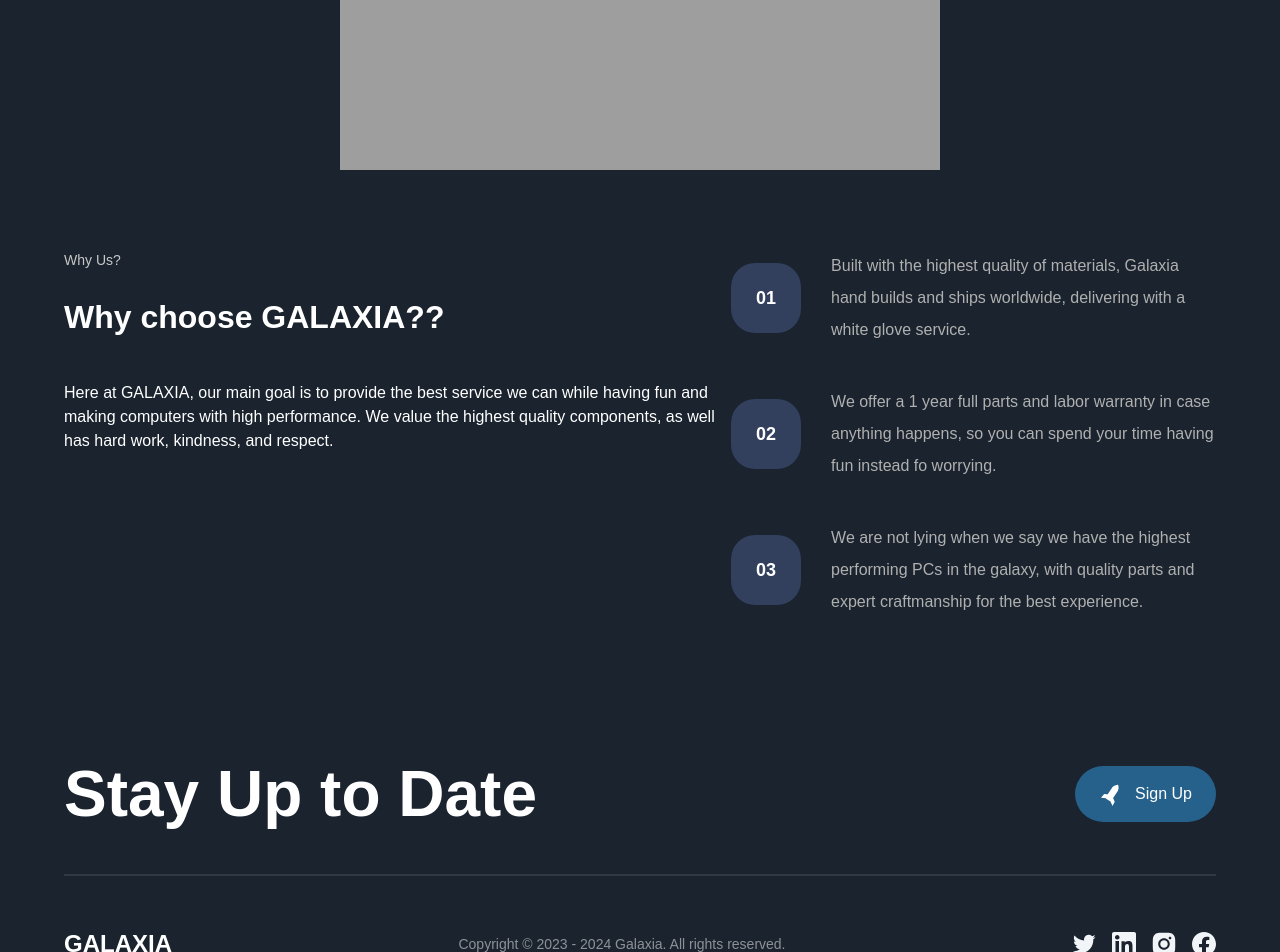
Repository: kaitlynlie/galaxia_pcs
Page: /
An editor plug-in stored every save of this project. The page is shown before and after the next save, followed by the edit.
The browser window is 1280 px wide. The pictures show the part of the page from y = 2584 to 3536 px (the page is 3610 px tall before and 3532 px after).
Pictures or frames that could not be fetched are drawn as grey boxes. Some web fonts or font styles are not loaded; a fallback is used. The project was rebuilt for these pictures with package versions that can differ from the ones it lists, and the page was loaded fresh each time. Also part of the build but not shown: vite.config.js, components/PCcard.jsx, sections/Neptune.jsx, sections/Jupiter.jsx, sections/People.jsx, src/assets/index.js, sections/Video.jsx, sections/Program.jsx and 4 more. Imported but missing from the stored project, and not drawn on this page: src/assets/video.mp4.

Above is the page before, as saved 2023-08-09 20:06:32.

### index.html
<!DOCTYPE html>
<html lang="en">
  <head>
    <style>
      /* WebKit-based browsers (Chrome, Safari) */
      ::-webkit-scrollbar {
        width: 12px;
      }

      ::-webkit-scrollbar-track {
        background-color: #606060; /* Adjust the background color */
      }

      ::-webkit-scrollbar-thumb {
        background-color: #25618b; /* Adjust the thumb color */
        border-radius: 6px;
      }
    </style>
    <meta charset="UTF-8" />
    <link rel="icon" type="image/svg+xml" href="/logo.svg" />
    <link rel="preconnect" href="https://stijndv.com" />
    <link rel="stylesheet" href="https://stijndv.com/fonts/Eudoxus-Sans.css" />
    <meta name="viewport" content="width=device-width, initial-scale=1.0" />
    <title>GALAXIA</title>
  </head>
  <body>
    <div id="root"></div>
    <script type="module" src="/src/main.jsx"></script>
  </body>
</html>

### src/main.jsx
import React from 'react'
import App from './App.jsx'
import ReactDOM from 'react-dom';
import { BrowserRouter } from 'react-router-dom';


ReactDOM.render(
  <BrowserRouter>
    <App />
  </BrowserRouter>,
  document.getElementById('root'),
);

### src/App.jsx
import Navbar from '../components/Navbar'
import Home from '../pages/Home'
import Community from '../pages/Community'
import Creator from '../pages/Creator'
import PCs from '../pages/PCs'
import { Route, Routes } from 'react-router-dom'
import React from 'react'
import '../styles/globals.css'

function App() {

  return (
    <>
    <div className='bg-primary-black overflow-hidden'>
      <img
            src='./stars.png'
            alt='stars'
            className="z-0 absolute w-screen h-screen object-cover object-center opacity-50"
      />
      <Navbar />
      <Routes>
        <Route index path="/" element={<Home />} />
        <Route path="pc" element={<PCs />} />
        <Route path="community" element={<Community />} />
        <Route path="creator" element={<Creator />} />
      </Routes>
     </div>
    </>
  )
}

export default App

### components/Navbar.jsx
import { motion } from "framer-motion";
import styles from '../styles'
import { navVariants, textVariant } from '../utils/motion'
import { useState } from "react";
import { RiMenu3Line, RiCloseLine } from 'react-icons/ri';
import { Link } from 'react-router-dom'
import React from 'react'

const Navbar = () => {
  const [toggleMenu, setToggleMenu] = useState(false);

  const [nav, setNav] = useState(false);

  const openNav = () => {
    setNav(!nav);
  };

  return(
   <motion.nav
    variants={navVariants}
    initial="show"
    whileInView="show"
    viewport={{ once: false, amount: 0.25 }}
    className={`${styles.xPaddings} py-8 relative`}
  >
    <div className={`${styles.innerWidth} mx-auto flex justify-between gap-8 inline-block`}>
      <div className="flex flex-row gap-4 z-10">
        <img
          src='./logo.svg'
          alt='logo'
          />
          <Link onClick={openNav} to="/"><motion.h1 variants={textVariant(1.1)} className="flex text-white font-bold text-[24px] z-10">
            <a>GALAXIA</a>
          </motion.h1></Link>
      </div>

      <ul className='flex justify-center items-center text-white max-[880px]:hidden block z-10'>
        <Link onClick={openNav} to='/pc'><li className="mr-12"><a>Gaming PCs</a></li></Link>
        <Link onClick={openNav} to='/community'><li className="mr-12"><a>Community</a></li></Link>
        <Link onClick={openNav} to='/creator'><li><a>Creator Program</a></li></Link>
      </ul>

      <div className="relative ml-1 pointer max-[880px]:block hidden z-10">
        {toggleMenu
          ? <RiCloseLine color="#fff" size={27} onClick={() => setToggleMenu(false)} />
          : <RiMenu3Line color="#fff" size={27} onClick={() => setToggleMenu(true)} />}
        {toggleMenu && (
        <div className="flex justify-end items-end flex-col text-end bg-[#026884ce] p-3 absolute top-[40px] right-[10px] mt-1 rounded-[5px] shadow z-10">
          <div className="none">
            <ul className='flex justify-end items-end flex-col text-white text-end p-1'>
              <Link onClick={openNav} to='/pc'><li><a>Gaming PCs</a></li></Link>
              <Link onClick={openNav} to='/community'><li className="mt-2 pointer"><a>Community</a></li></Link>
              <Link onClick={openNav} to='/creator'><li className="mt-2 pointer"><a>Creator Program</a></li></Link>
            </ul>
          </div>
        </div>
        )}
        </div>

        <div className="flex flex-row gap-4 items-center max-[880px]:hidden block">
        <img
          src='./user.svg'
          alt='user'
        />
        <img
          src='./cart.svg'
          alt='cart'
        />
      </div>
      </div>

  </motion.nav>
  );
};

export default Navbar;

### pages/Home.jsx
import { Footer, Navbar } from '../components';
import { Triton, Neptune, Jupiter, Hero, WhyUs, Member } from '../sections';
import React from 'react'
import PickPC from '../sections/PickPC';

const Home = () => (
  <div className='bg-primary-black overflow-hidden'>
        {/* <img
          src='./stars.png'
          alt='stars'
          className="z-0 absolute w-screen h-screen object-cover object-center opacity-50"
    /> */}
    <Hero />
    <div className='relative'>
      <Triton />
      {/* <div className='gradient-03 z-0' /> */}
      <PickPC />
      <Member />
      {/* <Neptune /> */}
    </div>
    <div className='relative'>
      {/* <Jupiter /> */}
    </div>
    <div className='relative'>
      <WhyUs />
      {/* <div className='gradient-04 z-0' /> */}
      <Footer />
    </div>
  </div>
);

export default Home;

### styles/globals.css
@import "tailwindcss/base";

@import "tailwindcss/components";

@import "tailwindcss/utilities";

* {
  margin: 0;
  padding: 0;
  box-sizing: border-box;
  font-family: "Eudoxus Sans", sans-serif;
  scroll-behavior: smooth;
}

.gradient-01 {
  background-image: linear-gradient(
    270deg,
    hsl(295deg 76% 51%) 0%,
    hsl(284deg 70% 73%) 26%,
    hsl(257deg 70% 86%) 39%,
    hsl(202deg 92% 90%) 50%,
    hsl(215deg 77% 81%) 61%,
    hsl(221deg 73% 70%) 74%,
    hsl(220deg 76% 51%) 100%
  );
  filter: blur(125px);
}

.hero-gradient {
  background: linear-gradient(
    97.86deg,
    #a509ff 0%,
    #34acc7 53.65%,
    #a134c7 100%
  );
}

.gradient-02 {
  position: absolute;
  width: 200px;
  height: 438px;
  top: 0px;
  right: 0px;

  background: #7aebfb;
  filter: blur(190px);
}

.glassmorphism {
  background: rgba(255, 255, 255, 0.25);
  box-shadow: 0 8px 32px 0 rgba(31, 38, 135, 0.37);
  backdrop-filter: blur(4px);
  -webkit-backdrop-filter: blur(4px);
  border: 1px solid rgba(255, 255, 255, 0.18);
}

.gradient-03 {
  position: absolute;
  width: 404px;
  height: 800px;
  left: 20%;
  top: 5%;

  background: rgba(149, 66, 232, 0.35);
  filter: blur(175px);
  transform: rotate(-114.2deg);
}

.gradient-04 {
  position: absolute;
  width: 304px;
  height: 100vh;
  left: 30%;
  top: 10%;

  background: rgba(45, 72, 152, 0.75);
  filter: blur(200px);
  transform: rotate(-53.13deg);
}

.gradient-05 {
  background: linear-gradient(
    180deg,
    rgba(255, 255, 255, 0.04) 0%,
    rgba(255, 255, 255, 0) 100%
  );
}

.feedback-gradient {
  position: absolute;
  width: 200px;
  height: 316px;
  left: 0px;
  top: 0px;

  background: #8d39a3;
  filter: blur(175px);
}

.footer-gradient {
  position: absolute;
  width: 500px;
  height: 100px;
  left: 37%;
  bottom: 0;

  background: #65c4fa;
  filter: blur(150px);
}

.object {
  animation: MoveUpDown 4s linear infinite;
  position: relative;
  left: 0;
  bottom: 0;
}

@keyframes MoveUpDown {
  0%, 100% {
    bottom: 0;
  }
  50% {
    bottom: 100px;
  }
}

### components/CustomTexts.jsx
'use client';

import { motion } from "framer-motion";
import { textContainer, textVariant2 } from '../utils/motion'

export const TypingText = ({ title, textStyles}) => (
  <motion.p
    variants={textContainer}
    className={`font-normal text-[14px] text-secondary-white ${textStyles}`}
  >
    {Array.from(title).map((letter, index) => (
      <motion.span variants={textVariant2} key={index}>
        {letter === ' ' ? '\u00A0' : letter}
      </motion.span>
    ))}
  </motion.p>
);

export const TitleText = ({ title, textStyles}) => (
  <motion.h2
    variants={textVariant2}
    initial='hidden'
    whileInView='show'
    className={`mt-[22px] font-bold text-[32px] text-white ${textStyles}`}>
      {title}
  </motion.h2>
);

### components/WhyFeatures.jsx
import styles from "../styles";

const WhyFeatures = ({ number, subtitle
}) => (
  <div className={`${styles.flexCenter} flex-row`}>
    <div className={`${styles.flexCenter} w-[70px] h-[70px] rounded-[24px] bg-[#323f5d]`}>
      <p className="font-bold text-[18px] text-white">0{number}</p>
    </div>
    <p className="flex-1 ml-[30px] font-normal text-[16px] text-[#B0B0B0] leading-[32px]">{subtitle}</p>
  </div>
);

export default WhyFeatures;

### components/Footer.jsx
'use client';
import { motion } from "framer-motion";
import { socials } from "../constants";
import styles from "../styles";
import { footerVariants } from "../utils/motion";

const Footer = () => (
  <motion.footer
    variants={footerVariants}
    initial='show'
    whileInView='show'
    viewport={{ once: true, amount: 0.25 }}
    className={`${styles.paddings} py-8 relative`}>
    {/* <div className="footer-gradient" /> */}
    <div className={`${styles.innerWidth} mx-auto flex flex-col gap-8`}>
      <div className="flex items-center sm:justify-between flex-wrap gap-5">
        <h4 className="font-bold md:text-[64px] text-[44px] text-white">Stay Up to Date</h4>
        <button type="button" className="flex items-center h-fit py-4 px-6 bg-[#25618b] rounded-[32px] gap-[12px]">
          <img src='/logo.svg' alt='logo' className="w-[24px] h-[24px] object-contains"/>
          <span className="font-normal text-[16px] text-white">Sign Up</span>
        </button>
      </div>

      <div className="flex flex-col">
        <div className="mb-[50px] h-[2px] bg-white opacity-10"/>
        <div className="flex items-center justify-between flex-wrap gap-4">
          <h4 className="font-extrabold text-[24px] text-white">GALAXIA</h4>
          <p className="font-normal text-[14px] text-white opacity-50">
          Copyright © 2023 - 2024 Galaxia. All rights reserved.
          </p>
          <div className="flex gap-4">
            {socials.map((social) => (
              <img
                key={social.name}
                src={social.url}
                alt={social.name}
                className="w-[24px] h-[24px] object-contain cursor-pointer" />
            ))}
          </div>
        </div>
      </div>
    </div>
  </motion.footer>
);

export default Footer;

### components/Button.jsx
'use client';

const Button = () => (
    <button
    type="button"
    className="flex w-[127px] font-bold h-[44px] mt-[22px] items-center justify-center gap-[12px] bg-[#25618B] text-white text-[16px] rounded-[32px] pointer tracking-[0.08px] shrink-0 shadow-md transition-transform duration-300 hover:scale-105 hover:shadow-lg"
  >ADD TO CART
</button>
  );

  export default Button;

### sections/Hero.jsx
'use client';

import { motion } from "framer-motion";
import styles from '../styles';
import { slideIn, staggerContainer, fadeIn } from '../utils/motion'
import { TypingText, Button } from '../components'

const Hero = () => (
  <section className={`${styles.topPaddings} ${styles.xPaddings} flex flex-row items-center justify-center mt-10`}>
    <motion.div
      variants={fadeIn('up', 'tween', 0.2, 1)}
      initial="hidden"
      whileInView="show"
      viewport={{ once: true, amount: 0.25 }}
      className={`${styles.innerWidth} flex-col relative w-full flex justify-between items-center z-0`}
    >
      <div className="absolute z-0"/>
      <img
        src="/pc1.png"
        alt="pc"
        className="object z-10 sm:w-[357px] sm:h-[420px] w-[281px] h-[336px] relative mt-24 z-10"
      />
    </motion.div>

      <motion.div
        variants={staggerContainer}
        initial='hidden'
        whileInView='show'
        viewport={{ once: true, amount: 0.25}}
        className={`${styles.innerWidth} ${styles.xPaddings} md:px-[100px] max-[1000px]:hidden block mb-0 items-center z-10`}>
          <TypingText title='FEATURED' textStyles='text-start' />
          <motion.div
            variants={fadeIn('up', 'tween', 0.2, 1)}
            viewport={{ once: true, amount: 0.25}}
            className="mt-[8px] font-normal text-start text-secondary-white mt-9 flex-col flex flex-center">
              <span className="font-extrabold text-white sm:text-[32px] text-[20px]">TRITON </span>
              <p className="text-[20px] text-white">Triton, dedicated to users who want to travel past gaming experiences, uses high level components on the cutting edge of computers. Bold, beautiful, and a new reality for all users.</p>
          </motion.div>

          <motion.div
            variants={fadeIn('up', 'tween', 0.3, 1)}
            className="flex flex-col justify-between">
            <div className="flex flex-col justify-start items-start max-[880px]:flex-row mt-[38px]">
              <div className="flex flex-row justify-center items-center">
               <img
                src="/core.svg"
                alt="core"
                className="w-[37px] h-[37px] mt-[23px] justify-center items-center" />
                <p className="text-[20px] mt-[23px] ml-[19px] text-white">Earth Core e2-1023</p>
              </div>
              <div className="flex flex-row justify-center items-center">
               <img
                src="/card.svg"
                alt="card"
                className="w-[37px] h-[37px] mt-[23px] justify-start items-center" />
                <p className="text-[20px] mt-[23px] ml-[19px] text-white">KForce MTX 2390 Ti 12GB</p>
              </div>
            </div>

            <div className="flex flex-col justify-start items-start max-[880px]:items-center mt-[38px]">
              <div className="flex flex-row justify-between items-center">
                <p className="text-[20px] mt-[23px] text-white leading-9">$1,599.99 USD</p>
                <p className="text-[15px] mt-[23px] text-white line-through leading-[27px] ml-1">$1,999.99 USD</p>
              </div>
              <div className="flex flex-row justify-center items-center max-[880px]:flex-col">
                <Button />
              </div>
            </div>

          </motion.div>
      </motion.div>
  </section>
);

export default Hero;

### sections/Triton.jsx
'use client';

import { motion } from "framer-motion";
import { TypingText, Button } from '../components'
import styles from '../styles';
import { fadeIn, staggerContainer } from '../utils/motion';

const Triton = () => (
  <section className={`${styles.xPaddings} relative z-10 py-8`}>
      <motion.div
        variants={staggerContainer}
        initial='hidden'
        whileInView='show'
        viewport={{ once: true, amount: 0.25}}
        className={`${styles.innerWidth} mx-auto md:px-[100px] max-[1000px]:block hidden`}>
          <TypingText title='FEATURED' textStyles='text-center' />
          <motion.div
            variants={fadeIn('up', 'tween', 0.2, 1)}
            viewport={{ once: true, amount: 0.25}}
            className="mt-[8px] font-normal text-center text-secondary-white mt-9 ${styles.flexCenter} flex-col">
              <span className="font-extrabold text-white sm:text-[32px] text-[20px]">TRITON </span>
              <p className="text-[20px] text-white">Triton, dedicated to users who want to travel past gaming experiences, uses high level components on the cutting edge of computers. Bold, beautiful, and a new reality for all users.</p>
          </motion.div>

          <motion.div
            variants={fadeIn('up', 'tween', 0.3, 1)}
            className="flex flex-row max-[880px]:flex-col justify-between max-[880px]:items-center">


            <div className="flex flex-col justify-start items-start max-[880px]:items-center mt-[38px]">
              <div className="flex flex-row justify-center items-center">
               <img
                src="/core.svg"
                alt="core"
                className="w-[37px] h-[37px] mt-[23px] justify-center items-center" />
                <p className="text-[20px] mt-[23px] ml-[19px] text-white">Earth Core e2-1023</p>
              </div>
              <div className="flex flex-row justify-center items-center">
               <img
                src="/card.svg"
                alt="card"
                className="w-[37px] h-[37px] mt-[23px] justify-start items-center" />
                <p className="text-[20px] mt-[23px] ml-[19px] text-white">KForce MTX 2390 Ti 12GB</p>
              </div>
            </div>

            <div className="flex flex-col justify-start items-start max-[880px]:items-center mt-[38px]">
              <div className="flex flex-row justify-between items-center">
                <p className="text-[20px] mt-[23px] text-white leading-9">$1,599.99 USD</p>
                <p className="text-[15px] mt-[23px] text-white line-through leading-[27px] ml-1">$1,999.99 USD</p>
              </div>
              <div className="flex flex-row justify-center items-center max-[880px]:flex-col">
                <Button />
              </div>
            </div>

          </motion.div>
      </motion.div>
  </section>
);

export default Triton;

### sections/WhyUs.jsx
'use client';

import { motion } from "framer-motion";
import { TypingText, WhyFeatures, TitleText } from '../components'
import styles from '../styles';
import { staggerContainer, fadeIn, planetVariants } from '../utils/motion';
import { whyUs } from '../constants'

const GetStarted = () => (
  <section className={`${styles.paddings} relative z-10 flex flex-col justify-center items-center`}>
    <img src='./whyus.png'
              alt='why us'
              className="h-[600px] w-[600px] mb-20"
        />
    <div className={`${styles.innerWidth} flex flex-col justify-between items-center`}>
        {/* <img src='./whyus.png'
              alt='why us'
              className="h-[600px] w-[600px] mb-20"
        /> */}

        <div
          className="flex justify-evenly">
            <div className="flex flex-col max-w-[800px]">
              <TypingText title="Why Us?" />
              <TitleText title={<>Why choose GALAXIA??</>} />
              <p className="text-white mt-10">Here at GALAXIA, our main goal is to provide the best service we can while having fun and making computers with high performance. We value the highest quality components, as well has hard work, kindness, and respect.</p>
            </div>

            <div className="flex flex-col gap-10 max-w-[800px]">
              {whyUs.map((feature) => (
              <WhyFeatures key={feature.subtitle} {...feature} />
                ))}
            </div>
          </div>
    </div>
  </section>
);

export default GetStarted;

### sections/Member.jsx
import React from 'react'
import { TypingText } from '../components'
import styles from '../styles'

const Member = () => {
  return (
    <section className={`${styles.xPaddings} relative z-10 py-20 flex flex-col justify-center items-center mt-10 bg-[url('banner.jpeg')]`}>
      <div className={`${styles.innerWidth} md:px-[100px] mb-0 items-center flex-col flex justify-center`}>
          <TypingText title='ONE OF US' textStyles='text-center' />
          <div className="font-normal text-center text-secondary-white mt-10 flex-col flex flex-center items-center justify-center">
              <span className="font-extrabold text-white sm:text-[32px] text-[20px]">Interested in joining the GALAXIA Creator Program?</span>
              <p className="text-[20px] text-white">We would love to work with creators to empower those who are stars in making or are already shining! We focus on making items that we find interesting and would love to work with creators that do the same.</p>
            <button
                type="button"
                className="flex w-[127px] h-[44px] mt-[22px] items-center justify-center gap-[12px] bg-[#25618B] text-white text-[16px] rounded-[32px] pointer tracking-[0.08px] shrink-0 shadow-md transition-transform duration-300 hover:scale-105 hover:shadow-lg"
                >APPLY NOW
            </button>
        </div>
        </div>
        </section>
  )
}

export default Member

Loaded but not shown: utils/motion.js (161 lines, source omitted); constants/index.js (90 lines, source omitted); styles/index.js (23 lines, source omitted); tailwind.config.js (24 lines, source omitted); sections/index.js (21 lines, source omitted); components/index.js (16 lines, source omitted); sections/PickPC.jsx (223 lines, source omitted)

After the next save:
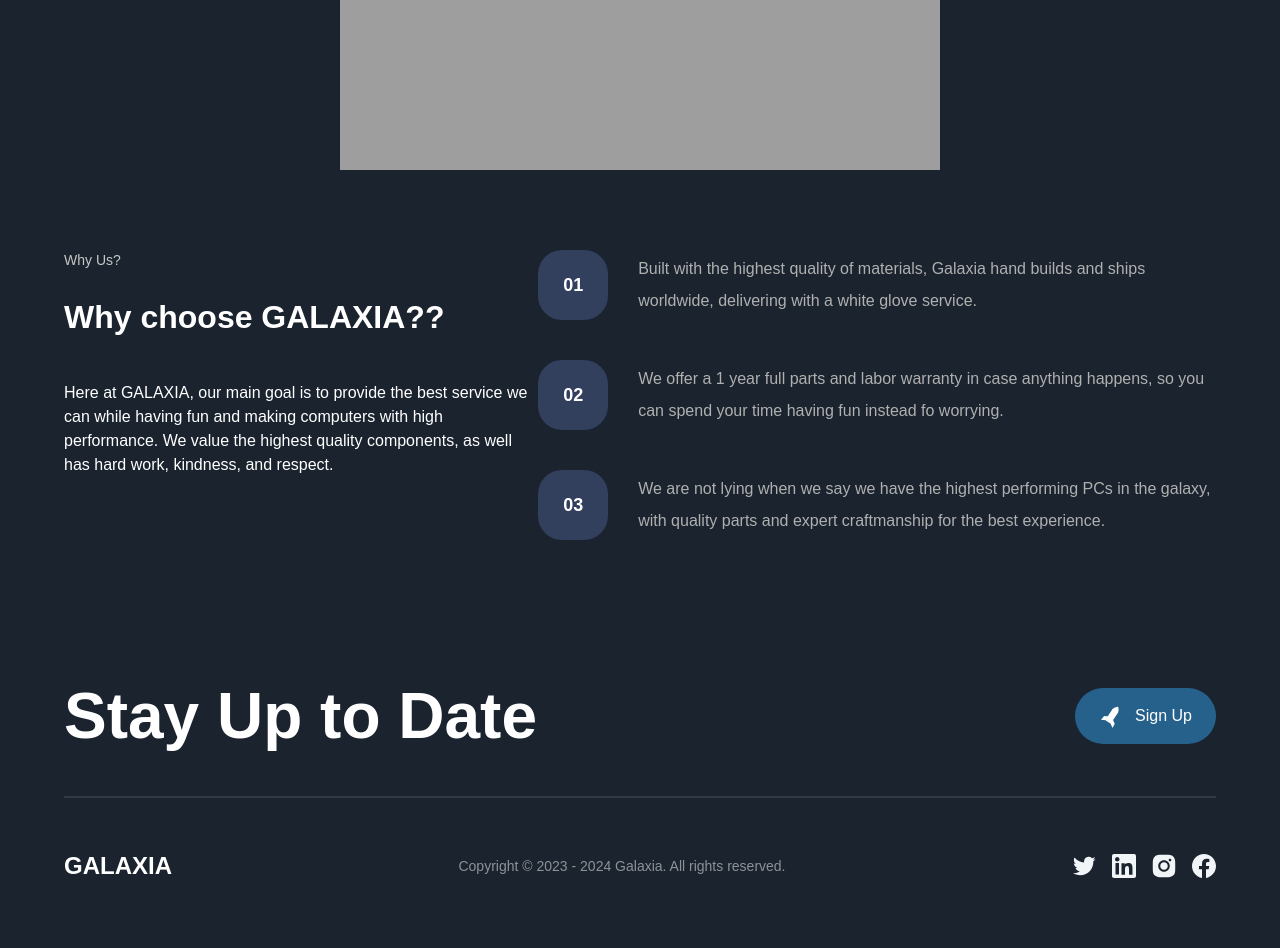
Saved 13 s later.
--- a/sections/WhyUs.jsx
+++ b/sections/WhyUs.jsx
@@ -20,13 +20,13 @@
 
         <div
           className="flex justify-evenly">
-            <div className="flex flex-col max-w-[800px]">
+            <div className="flex flex-col">
               <TypingText title="Why Us?" />
               <TitleText title={<>Why choose GALAXIA??</>} />
-              <p className="text-white mt-10">Here at GALAXIA, our main goal is to provide the best service we can while having fun and making computers with high performance. We value the highest quality components, as well has hard work, kindness, and respect.</p>
+              <p className="text-white mt-10 max-w-[800px]">Here at GALAXIA, our main goal is to provide the best service we can while having fun and making computers with high performance. We value the highest quality components, as well has hard work, kindness, and respect.</p>
             </div>
 
-            <div className="flex flex-col gap-10 max-w-[800px]">
+            <div className="flex flex-col gap-10">
               {whyUs.map((feature) => (
               <WhyFeatures key={feature.subtitle} {...feature} />
                 ))}
